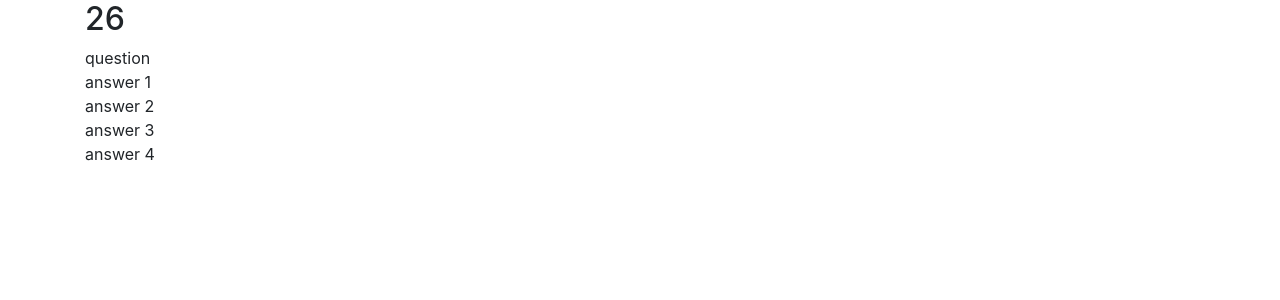
Repository: dsaftler/Trivia
Page: index.html
These files come from the project's save history. The page is drawn as it stood at one moment and after the next save; the edit follows.
The browser window is 1280 px wide. The pictures show the whole page.

Above is the page before, as saved 2019-04-12 18:37:13.

### index.html
<!DOCTYPE html>
<html lang="en">
<head>
  <meta charset="UTF-8">
  <meta name="viewport" content="width=device-width, initial-scale=1.0">
  <meta http-equiv="X-UA-Compatible" content="ie=edge">
  <link rel="stylesheet" href="https://stackpath.bootstrapcdn.com/bootstrap/4.3.1/css/bootstrap.min.css"
    integrity="sha384-ggOyR0iXCbMQv3Xipma34MD+dH/1fQ784/j6cY/iJTQUOhcWr7x9JvoRxT2MZw1T" crossorigin="anonymous">
  <!-- custom css -->
  <link rel="stylesheet" href="assets/css/style.css" type="text/css">

  <title>Trivia Game</title>
</head>
<body>
<div class="container">
  <div class="showTimer"><span id="timer"></span></div>
  <div class="showQuestion"><span id="question"></span></div>
  <div class="showAnswer"><span id="answer"></span></div>
  <div id="showWinsCnt"><span id="wins"></span></div>
  <div id="showLoseCnt"><span id="wrongs"></span></div>
  <div id="showMissCnt"><span id="misses"></span></div>
  <div class="answers" ><span id="answer0"></span></div>
  <div class="answers" ><span id="answer1"></span></div>
  <div class="answers" ><span id="answer2"></span></div>
  <div class="answers" ><span id="answer3"></span></div>
  <button id="newGame">Play Again?</button>
</div>

<!-- bootstrap scripts -->
<script src="https://code.jquery.com/jquery-3.3.1.slim.min.js"
  integrity="sha384-q8i/X+965DzO0rT7abK41JStQIAqVgRVzpbzo5smXKp4YfRvH+8abtTE1Pi6jizo" crossorigin="anonymous"></script>
<script src="https://cdnjs.cloudflare.com/ajax/libs/popper.js/1.14.7/umd/popper.min.js"
  integrity="sha384-UO2eT0CpHqdSJQ6hJty5KVphtPhzWj9WO1clHTMGa3JDZwrnQq4sF86dIHNDz0W1" crossorigin="anonymous"></script>
<script src="https://stackpath.bootstrapcdn.com/bootstrap/4.3.1/js/bootstrap.min.js"
  integrity="sha384-JjSmVgyd0p3pXB1rRibZUAYoIIy6OrQ6VrjIEaFf/nJGzIxFDsf4x0xIM+B07jRM" crossorigin="anonymous"></script>
<script src="assets/javascript/app.js"></script>


</body>
</html>

### assets/css/style.css
.showTimer
.showQuestion
.showAnswer
.showWinsCnt
.showLoseCnt
.answers

### assets/javascript/app.js
// Advanced game has a 30 second timer that counts down to 0 for each question
// If the timer is 0 OR  a wrong answer is chosen:
  // show the correct answer for 5 seconds
// display a new question
// restart the timer with no user interaction

// questions are contained in an array with question, array of answers, index of correct answer
// question shows in questionId
// "Correct"  or "Correct Answer" shows in answerId
// 4 possible answers show in 4 clickable buttons
// buttons have hover behavior
//  only one can be selected (by click)

// scores for Wins, Losses, and Unanswered are kept (correct, wrong, timer ==0)
// ask to play again in link
// click on play restarts the game without re-loading the page

var qArray = ["Est consectetur veniam consectetur magna laborum?",2,["answer 1","answer 2","answer 3","answer 4"],
  "Aliqua officia incididunt velit cillum officia labore Lorem officia?", 3, ["answer 1", "answer 2", "answer 3", "answer 4"], "Amet duis aute et exercitation?", 0, ["answer 1", "answer 2", "answer 3", "answer 4"]] ;
var wins, wrongs, misses, seconds;
var correctAnswerId;
var timer;
var isNewGame = true;
var timerRunning=false;

$("document").ready(function () {
  //qArray.forEach(function initGame(currentVal){
 //for (let i=0; i<qArray.length;i++){
   loadGame();

  //  $(".answers").click(function () {
  //   var $target = $(this).attr("id")
  //   itarget = "answer" + "2"
  //   if (itarget===$target){
  //     //win
  //     stop();
  //     console.log("Win")
  //   }else{
  //     //lose
  //     stop();
  //     console.log("Lose")
  //   }
  runTimer();


      //miss

  //  });
 // }
 });

function loadGame(){
  if (isNewGame) {
    initGame();
  }
  $("#question").text("question");
  $("#answer0").text("answer 1");
  $("#answer1").text("answer 2");
  $("#answer2").text("answer 3");
  $("#answer3").text("answer 4");

  timer = setInterval(decrement, 1000);
  // while (seconds > 0) {
  //   run()
  // }

}



function initGame()
{
  // show game pieces: question, answers
  wins = 0;
  wrongs = 0;
  misses = 0;
  seconds = 30;

  // show game counters

  $("#newGame").hide();
  isNewGame = false;
}

function closeGame()
{
  $("#wins").text(wins);
  $("#wrongs").text(wrongs);
  $("#misses").text(misses);
  $("#newGame").show();
}

function runTimer()
{
}

//  The decrement function.
function decrement()
{
  //  Decrease number by one.
  showTime();

  if (seconds < 0) {
    //  ...run the stop function.
    clearInterval(timer);
    //  Alert the user that time is up.
    console.log("Miss");
  }

  seconds--;
}

function stop() {
  //  Clears our intervalId
  //  We just pass the name of the interval
  //  to the clearInterval function.
  clearInterval(seconds);
  showTime();
}

//  Execute the run function.
function showTime(){
 $("#timer").html("<h2>" + seconds + "</h2>");
 console.log(seconds);
}

function Misses(){
  misses++;
 // showMisses
}

After the next save:
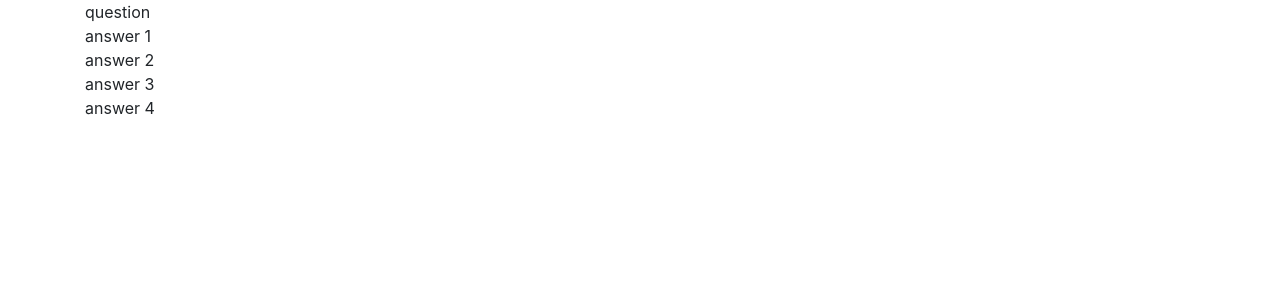
Console error: ReferenceError: decrement is not defined
Saved 60 s later.
--- a/assets/javascript/app.js
+++ b/assets/javascript/app.js
@@ -90,12 +90,9 @@ function closeGame()
   $("#newGame").show();
 }
 
-function runTimer()
-{
-}
 
 //  The decrement function.
-function decrement()
+function tick()
 {
   //  Decrease number by one.
   showTime();

After the save that followed:
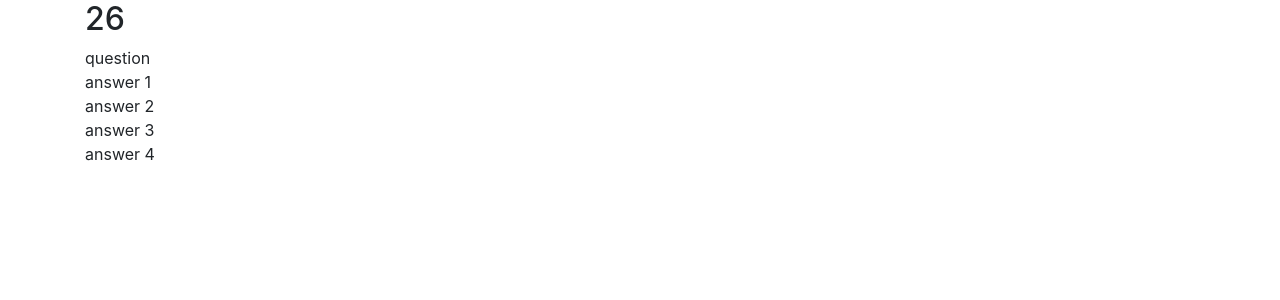
Console error: ReferenceError: runTimer is not defined
Saved 21 s later.
--- a/assets/javascript/app.js
+++ b/assets/javascript/app.js
@@ -59,7 +59,7 @@ function loadGame(){
   $("#answer2").text("answer 3");
   $("#answer3").text("answer 4");
 
-  timer = setInterval(decrement, 1000);
+  timer = setInterval(tick, 1000);
   // while (seconds > 0) {
   //   run()
   // }
